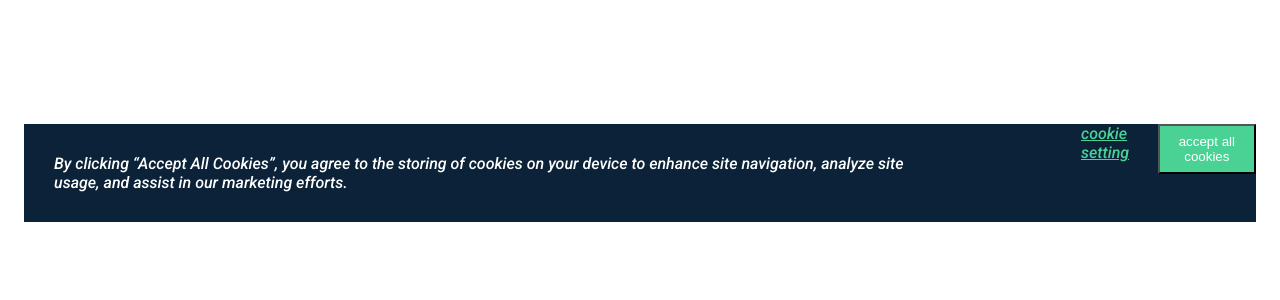
Repository: batonAnton/cursor_cookies_lectr3
Page: index.html
An editor plug-in stored every save of this project. The page is shown before and after the next save, followed by the edit.
The browser window is 1280 px wide. The pictures show the whole page.

Above is the page before, as saved 2022-06-01 10:38:54.

### index.html
<!DOCTYPE html>
<html lang="en">
<head>
    <meta charset="UTF-8">
    <meta http-equiv="X-UA-Compatible" content="IE=edge">
    <meta name="viewport" content="width=device-width, initial-scale=1.0">
    <link rel="preconnect" href="https://fonts.googleapis.com">
    <link rel="preconnect" href="https://fonts.gstatic.com" crossorigin>
    <link href="https://fonts.googleapis.com/css2?family=Roboto:ital,wght@1,500&display=swap" rel="stylesheet">
    <link rel="stylesheet" href="/css/style.css">
    <title>Cookie Banner</title>
</head>
<body>
    <div class="container">
        <div class="banner_1">
            <p>By clicking “Accept All Cookies”, you agree to the storing of cookies on your device to enhance site navigation, analyze site usage, and assist in our marketing efforts.</p>

            <a href="#">cookie setting</a>

            <button>accept all cookies</button>
        </div>
    </div>
</body>
</html>

### css/style.css
body {
  margin: 124px 24px;
  font-family: 'Roboto', sans-serif;
}
p {
  font-size: 1rem;
}

.banner_1 {
  width: 100%;
  /* height: 72px; */
  display: inline-flex;
  background-color: #0b2239;
}

.banner_1 p {
  color: #ffffff;
  margin: 30px;
}

.banner_1 a{
    color: #4AD295;
    margin-left: 100px;
}

.banner_1 button {
    height: 50px;
  color: #ffffff;
  background-color: #4ad295;
  /* padding: 8px 10px 8px 10px; */
}

After the next save:
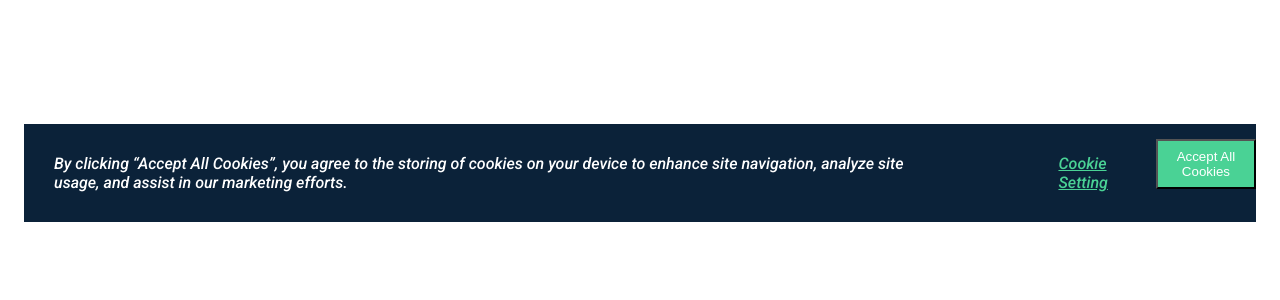
Saved 6 min 37 s later.
--- a/css/style.css
+++ b/css/style.css
@@ -21,11 +21,16 @@ p {
 .banner_1 a{
     color: #4AD295;
     margin-left: 100px;
+    margin-top: 30px;
+    text-transform: capitalize;
 }
 
 .banner_1 button {
-    height: 50px;
   color: #ffffff;
   background-color: #4ad295;
-  /* padding: 8px 10px 8px 10px; */
+  margin-top: 15px;
+  margin-left: 20px;
+  height: 50px;
+  text-transform: capitalize;
+
 }
